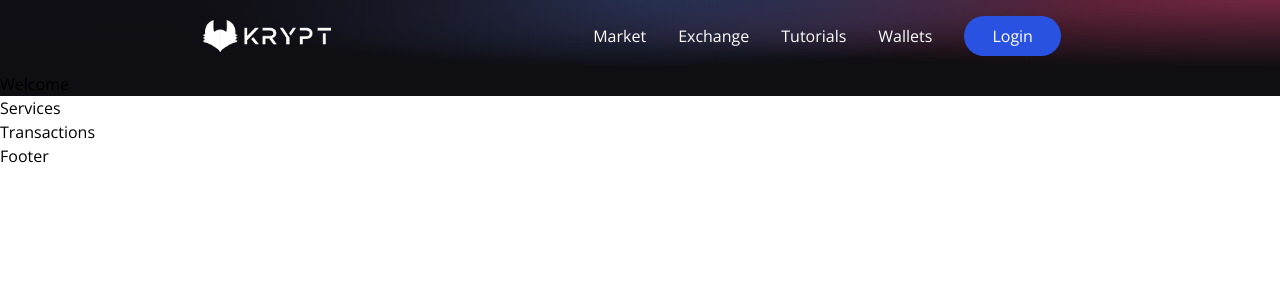
Repository: jaroensakyod/projectweb3-Transection
Page: / (app in client/)
The author's editor kept a copy of each file at every save. The page is drawn from the files as they stood at one save, then again after the next save.
The browser window is 1280 px wide. The pictures show the whole page.
The project was rebuilt for these pictures with package versions that can differ from the ones it lists, and the page was loaded fresh each time. Also part of the build but not shown: client/vite.config.js, client/src/components/Loader.jsx.

Above is the page before, as saved 2022-03-11 12:36:07.

### client/src/index.css
@import url("https://fonts.googleapis.com/css2?family=Open+Sans:wght@300;400;500;600;700&display=swap");

* html {
  padding: 0;
  margin: 0;
  box-sizing: border-box;
}

body {
  margin: 0;
  font-family: "Open Sans", sans-serif;
  -webkit-font-smoothing: antialiased;
  -moz-osx-font-smoothing: grayscale;
}

.gradient-bg-welcome {
  background-color:#0f0e13;
  background-image:
    radial-gradient(at 0% 0%, hsla(253,16%,7%,1) 0, transparent 50%),
    radial-gradient(at 50% 0%, hsla(225,39%,30%,1) 0, transparent 50%),
    radial-gradient(at 100% 0%, hsla(339,49%,30%,1) 0, transparent 50%);
}

.gradient-bg-services {
  background-color:#0f0e13;
  background-image:
    radial-gradient(at 0% 0%, hsla(253,16%,7%,1) 0, transparent 50%),
    radial-gradient(at 50% 100%, hsla(225,39%,25%,1) 0, transparent 50%);
}

.gradient-bg-transactions {
  background-color: #0f0e13;
  background-image:
    radial-gradient(at 0% 100%, hsla(253,16%,7%,1) 0, transparent 50%),
    radial-gradient(at 50% 0%, hsla(225,39%,25%,1) 0, transparent 50%);
}

.gradient-bg-footer {
  background-color: #0f0e13;
  background-image:
    radial-gradient(at 0% 100%, hsla(253,16%,7%,1) 0, transparent 53%),
    radial-gradient(at 50% 150%, hsla(339,49%,30%,1) 0, transparent 50%);
}

.blue-glassmorphism {
  background: rgb(39, 51, 89, 0.4);
  border-radius: 16px;
  box-shadow: 0 4px 30px rgba(0, 0, 0, 0.2);
  backdrop-filter: blur(5px);
  -webkit-backdrop-filter: blur(5px);
  border: 1px solid rgba(0, 0, 0, 0.3);
}

/* white glassmorphism */
.white-glassmorphism {
  background: rgba(255, 255, 255, 0.05);
  border-radius: 16px;
  backdrop-filter: blur(5px);
  -webkit-backdrop-filter: blur(5px);
  border: 1px solid rgba(255, 255, 255, 0.3);
}

.eth-card {
  background-color:#a099ff;
  background-image:
    radial-gradient(at 83% 67%, rgb(152, 231, 156) 0, transparent 58%),
    radial-gradient(at 67% 20%, hsla(357,94%,71%,1) 0, transparent 59%),
    radial-gradient(at 88% 35%, hsla(222,81%,65%,1) 0, transparent 50%),
    radial-gradient(at 31% 91%, hsla(9,61%,61%,1) 0, transparent 52%),
    radial-gradient(at 27% 71%, hsla(336,91%,65%,1) 0, transparent 49%),
    radial-gradient(at 74% 89%, hsla(30,98%,65%,1) 0, transparent 51%),
    radial-gradient(at 53% 75%, hsla(174,94%,68%,1) 0, transparent 45%);
}

.text-gradient {
  background-color: #fff;
  background-image: radial-gradient(at 4% 36%, hsla(0,0%,100%,1) 0, transparent 53%), radial-gradient(at 100% 60%, rgb(0, 0, 0) 0, transparent 50%);
  -webkit-background-clip: text;
  -webkit-text-fill-color: transparent;
}


@tailwind base;
@tailwind components;
@tailwind utilities;

### client/src/components/index.js

export { default as Loader} from './Loader';
export { default as Navbar} from './Navbar';
export { default as Footer} from './Footer';
export { default as Welcome} from './Welcome';
export { default as Transactions} from './Transactions';
export { default as Services} from './Services';

### client/src/components/Navbar.jsx

import React from "react";
import { HiMenuAlt4 } from "react-icons/hi";
import { AiOutlineClose } from "react-icons/ai";

import logo from "../../images/logo.png";

const NavBarItem = ({ title, classprops }) => (
          <li className={`mx-4 cursor-pointer ${classprops}`}>{title}</li>
        );

const Navbar = () => {

  const [toggleMenu, setToggleMenu] = React.useState(false);
      return (
          <nav className="w-full flex md:justify-center justify-between items-center p-4">
          <div className="md:flex-[0.5] flex-initial justify-center items-center">
            <img src={logo} alt="logo" className="w-32 cursor-pointer" />
          </div>
          <h1 className="text-white md:flex hidden list-none flex-row justify-between items-center flex-initial">
        {["Market", "Exchange", "Tutorials", "Wallets"].map((item, index) => (
          <NavBarItem key={item + index} title={item} />
        ))}
        <li className="bg-[#2952e3] py-2 px-7 mx-4 rounded-full cursor-pointer hover:bg-[#2546bd]">
          Login
        </li>
      </h1>
          <div className="flex relative">
          </div>
      </nav>
      );
};
export default Navbar;

### client/src/components/Footer.jsx
const Footer = () => {
          return (
            <h1>Footer</h1>
            );
}
export default Footer;

### client/src/components/Welcome.jsx
const Welcome = () => {
          return (
            <h1>Welcome</h1>
            );
}
export default Welcome;

### client/src/components/Transactions.jsx
const Transactions = () => {
          return (
            <h1>Transactions</h1>
            );
}
export default Transactions;

### client/src/components/Services.jsx
const Services = () => {
          return (
            <h1>Services</h1>
            );
}
export default Services;

### client/tailwind.config.js
module.exports = {
          content: ["./src/**/*.{js,jsx,ts,tsx}", "./public/index.html"],
          darkMode: 'media', // or 'media' or 'class'
          theme: {
            fontFamily: {
              display: ["Open Sans", "sans-serif"],
              body: ["Open Sans", "sans-serif"],
            },
            extend: {
              screens: {
                mf: "990px",
              },
              keyframes: {
                "slide-in": {
                  "0%": {
                    "-webkit-transform": "translateX(120%)",
                    transform: "translateX(120%)",
                  },
                  "100%": {
                    "-webkit-transform": "translateX(0%)",
                    transform: "translateX(0%)",
                  },
                },
              },
              animation: {
                "slide-in": "slide-in 0.5s ease-out",
              },
            },
          },
          plugins: [require("@tailwindcss/forms")],
        };

Loaded but not shown: client/index.html (common file); client/src/main.jsx (common file); client/src/App.jsx (common file)

After the next save:
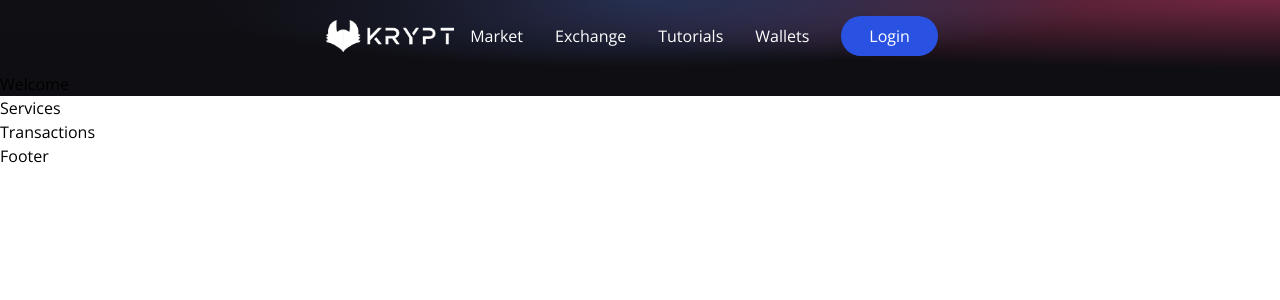
Saved 14 s later.
--- a/client/src/components/Navbar.jsx
+++ b/client/src/components/Navbar.jsx
@@ -14,7 +14,7 @@
   const [toggleMenu, setToggleMenu] = React.useState(false);
       return (
           <nav className="w-full flex md:justify-center justify-between items-center p-4">
-          <div className="md:flex-[0.5] flex-initial justify-center items-center">
+          <div className=" flex-initial justify-center items-center">
             <img src={logo} alt="logo" className="w-32 cursor-pointer" />
           </div>
           <h1 className="text-white md:flex hidden list-none flex-row justify-between items-center flex-initial">

After the 2 saves that followed:
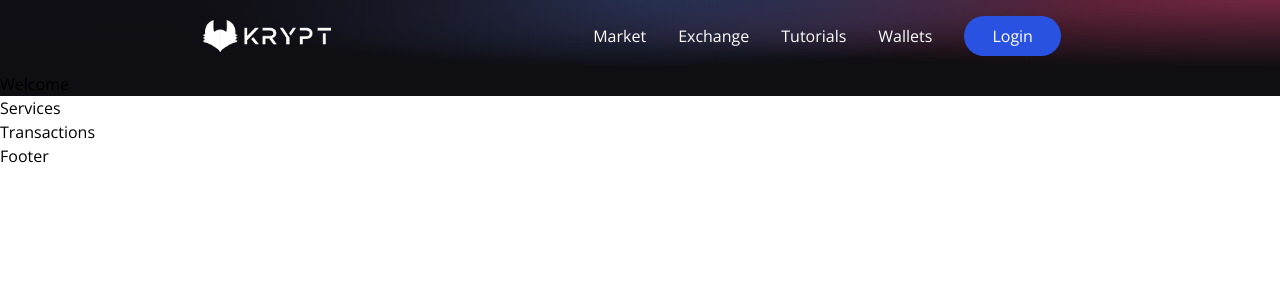
The 2 saves are shown as one change because 1 left the picture as it was.
The last was saved 53 s later.
--- a/client/src/components/Navbar.jsx
+++ b/client/src/components/Navbar.jsx
@@ -14,7 +14,7 @@
   const [toggleMenu, setToggleMenu] = React.useState(false);
       return (
           <nav className="w-full flex md:justify-center justify-between items-center p-4">
-          <div className=" flex-initial justify-center items-center">
+          <div className="md:flex-[0.5] flex-initial justify-center items-center">
             <img src={logo} alt="logo" className="w-32 cursor-pointer" />
           </div>
           <h1 className="text-white md:flex hidden list-none flex-row justify-between items-center flex-initial">
